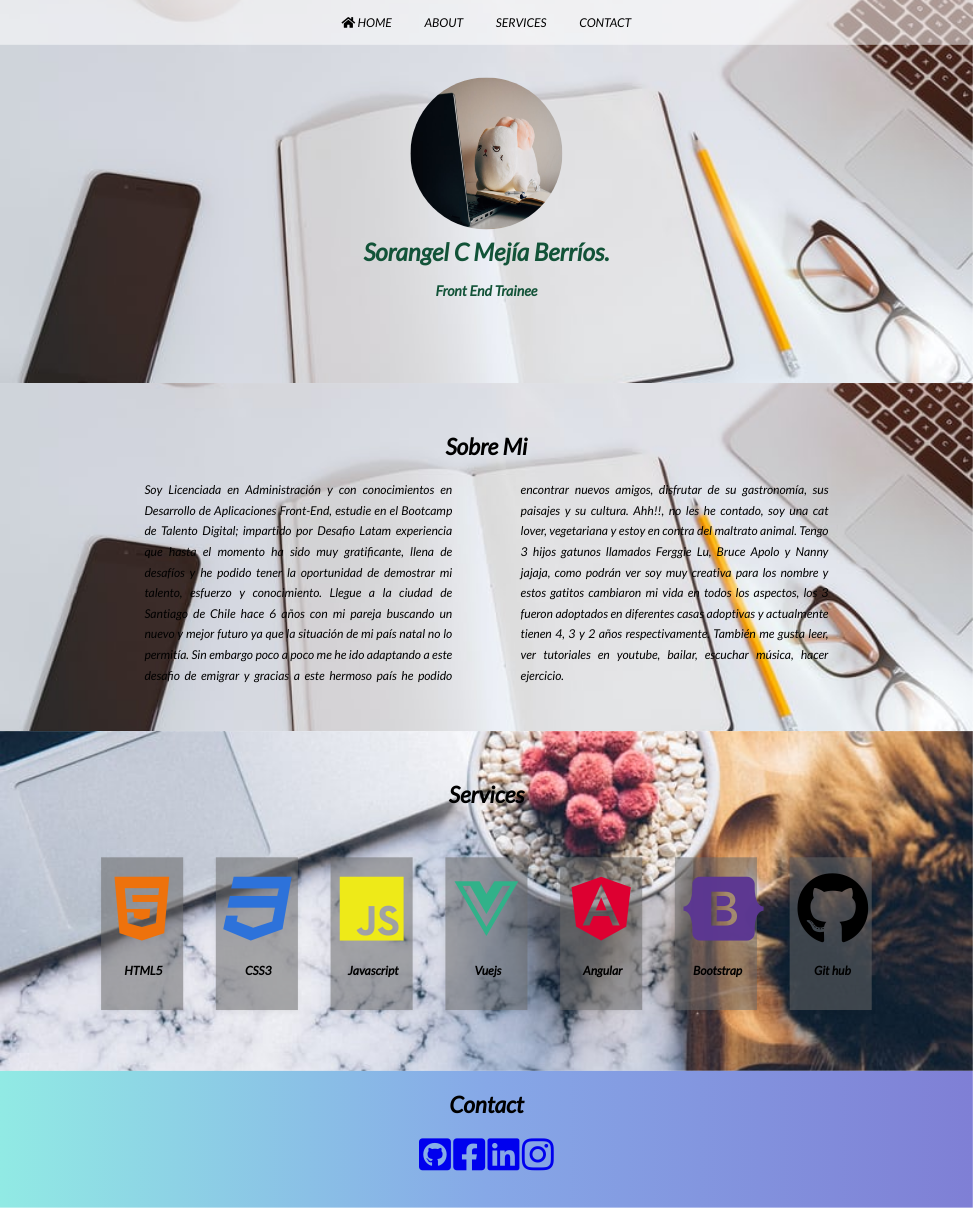
Repository: sory2311/portfolio-css
Page: index.html
An editor plug-in stored every save of this project. The page is shown before and after the next save, followed by the edit.
The browser window is 1280 px wide. The pictures show the whole page, at 76% of full size.
Backgrounds fixed to the window are drawn as part of the page. Some web libraries are served in a nearby version.

Above is the page before, as saved 2021-05-27 19:13:01.

### index.html
<!DOCTYPE html>
<html lang="en">
  <head>
    <meta charset="UTF-8" />
    <meta name="viewport" content="width=device-width, initial-scale=1.0" />
    <title>Document</title>
    <link
      rel="stylesheet"
      href="https://cdnjs.cloudflare.com/ajax/libs/font-awesome/5.14.0/css/all.min.css"
    />
    <link
      href="https://fonts.googleapis.com/css2?family=Lato:ital@1&display=swap"
      rel="stylesheet"
    />
    <link rel="stylesheet" href="./css/style.css" />
  </head>

  <body>
    <nav class="sidebar">
      <a href="#home" class="sidebar-item"><i class="fas fa-home"></i> Home</a>
      <a href="#about" class="sidebar-item">About</a>
      <a href="#services" class="sidebar-item">Services</a>
      <a href="#contact" class="sidebar-item">Contact</a>
      <a href="javscript:void(0)" class="close"><i class="fa fa-times"></i></a>
    </nav>
    <a href="javscript:void(0)" class="open"><i class="fa fa-bars"></i></a>

    <!--aqui comienza el home-->
    <header id="home">
      <img src="./img/avatar2.jpeg" alt="Mi foto" class="avatar" />
      <h1 class="header-name">Sorangel C Mejía Berríos.</h1>
      <h3 class="header-title">Front End Trainee</h3>
    </header>

    <!--aqui comienza el acerca de:-->
    <section id="about">
      <div class="container">
        <h1 class="section-title">Sobre Mi</h1>
        <p class="about-content">
          Soy Licenciada en Administración y con conocimientos en Desarrollo de Aplicaciones Front-End,
          estudie en el Bootcamp de Talento Digital; impartido por Desafio Latam
          experiencia que hasta el momento ha sido muy gratificante, llena de
          desafíos y he podido tener la oportunidad de demostrar mi
          talento, esfuerzo y conocimiento. Llegue a la ciudad de Santiago de Chile hace 6 años con mi pareja buscando un nuevo y mejor futuro
          ya que la situación de mi país natal no lo permitía. Sin embargo poco a poco me he ido adaptando a
          este desafio de emigrar y gracias a este hermoso país he podido encontrar nuevos amigos, disfrutar
          de su gastronomía, sus paisajes y su cultura.
          Ahh!!, no les he contado, soy una cat lover, vegetariana y estoy en contra del maltrato animal.
                    Tengo 3 hijos gatunos llamados Ferggie Lu, Bruce Apolo y Nanny jajaja, como podrán ver soy muy
                    creativa para los nombre y estos gatitos cambiaron mi vida en todos los aspectos, los 3
                    fueron
                    adoptados en diferentes casas adoptivas y actualmente tienen 4, 3 y 2 años respectivamente.
                    También me gusta leer, ver tutoriales en youtube, bailar, escuchar música, hacer
                    ejercicio.
        </p>
      </div>
    </section>
    <!--aqui comienza el servicios-->
    <section id="services">
      <div class="container">
        <h1 class="section-title">Services</h1>
        <div class="card">
          <i class="fab fa-html5 fa-6x icon-html5"></i>
          <div class="container">
            <h4 class="title">HTML5</h4>
          </div>
        </div>
        <div class="card">
          <i class="fab fa-css3 fa-6x icon-css3"></i>
          <div class="container">
            <h4 class="title">CSS3</h4>
          </div>
        </div>
        <div class="card">
          <i class="fab fa-js fa-6x icon-js"></i>
          <div class="container">
            <h4 class="title">Javascript</h4>

          </div>
        </div>
        <div class="card">
                <i class="fab fa-vuejs fa-6x icon-vuejs"></i>
                <div class="container">
                  <h4 class="title">Vuejs</h4>
                </div>
              </div>
              <div class="card">
                <i class="fab fa-angular fa-6x icon-angular"></i>
                <div class="container">
                  <h4 class="title">Angular</h4>

                </div>
              </div>
              <div class="card">
                    <i class="fab fa-bootstrap fa-6x icon-bootstrap"></i>
                    <div class="container">
                      <h4 class="title">Bootstrap</h4>

                    </div>
                  </div>
                  <div class="card">
                        <i class="fab fa-github fa-6x icon-github"></i>
                        <div class="container">
                          <h4 class="title">Git hub</h4>

                        </div>
                      </div>
      </div>
    </section>

    <!--aqui comienza el contacto-->
    <section id="contact">
      <div class="container">
        <h1 class="section-title">Contact</h1>
                  <div class="col-sm-6 footer">

                          <div class="icons-footer">
                              <a href="https://github.com/sory2311/" target='_blank'><i
                                      class="fab fa-github-square fa-3x"></i></a>
                              <a href="https://www.facebook.com/sory.mejiab/" target='_blank'><i
                                class="fab fa-facebook-square fa-3x"></i></a>
                              <a href="https://www.linkedin.com/in/sorangel-mejía-berrios-803b10107/" target='_blank'><i
                                class="fab fa-linkedin fa-3x"></i></a>
                              <a href="https://www.instagram.com/ferbrunny.2102/" target='_blank'><i
                                class="fab fa-instagram fa-3x"></i></a>
                          </div>
                      </div>



      </div>
    </section>

    <script src="./js/main.js"></script>
  </body>
</html>

### css/style.css
body {
   margin: 0;
   font-family: 'Lato';
}
/* aqui comienza el SIDEBAR*/

.sidebar {
    background-color: #ffffff88;
    overflow: hidden;
    position: fixed;
    text-align: center;
    top: 0;
    width: 100%;
    z-index: 3;
}

.sidebar .sidebar-item {
    color: black;
    font-size: 1em;
    padding: 20px;
    margin: 0 auto;
    text-decoration: none;
    text-transform: uppercase;
    display: inline-block;
}

.sidebar .sidebar-item:hover {
    background-color: #cccccc;

}

.sidebar .close {
    color: black;
    display: none;
    font-size: 1em;
    padding: 10px;
    position: absolute;
    top: 0;
    right: 30px;

}
.sidebar .close:hover {
    color: #3e34cc;
}

.open {
    color: #3e34cc;
    display: none;
    font-size: 1em;
    position: absolute;
    right: 12%;
    padding: 10px;
    top: 0;
    z-index: 2;
}
/* aqui TERMINA el SIDEBAR*/

/* aqui COMIENZA el HOME*/

#home {
    width: 100%;
    height: 70vh;
    display: flex;
    flex-direction: column;
    justify-content: center;
    align-items: center;
    background-attachment: fixed;
    background-image: url(../img/fondo/fondo4.jpeg);
    background-position: center center;
    background-size: cover;
}

#home .avatar {
    border-radius: 100px;
    width:200px;
    height:200px;



}
#home .header-name, #home .header-title{
text-align: center;
margin: 10px;
color: rgb(18, 83, 56);
}

/* aqui Termina el HOME*/


/* ---------  aqui COMIENZA el ABOUT*/

#about {
    width: 100%;
    height: auto;
    text-align: center;
    background-attachment: fixed;
    background-image: url(../img/fondo/fondo4.jpeg);
    background-position: center center;
    background-size: cover;

}

#about .container {
    width: 100%;
    max-width: 1200px;
    margin: 0 auto;
    padding-top: 40px;
    padding-bottom: 40px;
}

#about .container .about-content{
    text-align: justify;
    column-count: 2;
    column-gap: 10%;
    margin: 20px auto;
    line-height: 1.7em;
    width: 75%;
}
/* ------------  aqui Termina el ABOUT    */


 /* LA SESION TITLE SE REFERIERE A TODOS NUESTROS H1*/
 .section-title {
     font-size: 30px;
     color: black;
     text-align: center;
 }
 /* LA SESION TITLE SE REFERIERE A TODOS NUESTROS H1*/


/* ------------  aqui COMIENZA el SERVICES   */

 #services {
     width: 100%;
     background-attachment: scroll;
     background-position: center center;
     background-size: cover;
     background-image: url(../img/fondo/fondo7.jpeg);
 }

 #services .container{
    width: 100%;
    max-width: 1200px;
    margin: 0 auto;
    text-align: center;
    padding-top: 40px;
    padding-bottom: 40px;
 }

 #services .container .card{
     background-color: #66666688;
     box-shadow: 0 4px 8px 0 #00000011;
     display: inline-block;
     margin: 40px 20px;
     padding: 20px 10px;
     width: 88px;
     text-align: center;
 }

 #services .container .card .container{
     padding: 2px;
     text-align: center;
 }

 #services .container .card .container h4,
 #services .container .card .container p {
    text-align: center;
    display: block;
 }

 #services .container .card .icon-html5 {
color: rgb(238, 114, 12)
 }

 #services .container .card .icon-css3 {
     color: rgb(45, 114, 218)
}
#services .container .card .icon-js {
    color: rgb(238, 234, 24)
}

#services .container .card .icon-vuejs {
    color: #31b189;
}

#services .container .card .icon-bootstrap {
    color: #5b3791fb;
}
#services .container .card .icon-angular {
    color: #DD0031;
}

/* ------------  aqui COMIENZA el CONTACTOS   */
#contact {
    width: 100%;
    height: 25vh;
    text-align: center;
    background-attachment: fixed;
    background: #7F7FD5;  /* fallback for old browsers */
    background: -webkit-linear-gradient(to right, #91EAE4, #86A8E7, #7F7FD5);  /* Chrome 10-25, Safari 5.1-6 */
    background: linear-gradient(to right, #91EAE4, #86A8E7, #7F7FD5); /* W3C, IE 10+/ Edge, Firefox 16+, Chrome 26+, Opera 12+, Safari 7+ */
    display: flex;
    flex-direction: column;



    /*background-image: url(../img/fondo/fondo3.jpeg);
    background-position: center center;
    background-size: cover;*/
}






/*PARA TRABAJAR CON MEDIA QUERIES*/

@media only screen and (min-width: 375px) and (max-width: 410px) {
    #home .avatar {
        width: 50%;
    }

    #about .container .about-content {
        text-align: justify;
        column-count: 1;
        margin: 20px auto;
        line-height: 1.7em;
        width: 75%;
    }

}

@media only screen and (min-width: 411px) and (max-width: 767px) {
    .sidebar {
        background-color: #3e34cc;
        height: 100%;
        padding-top: 40px;
        position: fixed;
        overflow-x: hidden;
        text-align: center;
        top: 0;
        transition: .5s;
        width: 0;
        z-index: 3;
    }

    .sidebar .sidebar-item {
        padding: 10px 0;
        margin: 0 auto;
        text-decoration: none;
        color: #fff;
        font-size: .8em;
        text-transform: uppercase;
        display: block;
        transition: .5s;
    }

    .sidebar .close {
        display: block;
        z-index: 3;
    }

    .open {
        display: block;
        font-size: 1em;
        z-index: 2;
    }

    #home .avatar {
        width: 75%;
    }

    #about .container .about-content {
        text-align: justify;
        column-count: 1;
        margin: 20px auto;
        line-height: 1.7em;
        width: 75%;
    }



}

@media only screen and (min-width: 768px) and (max-width: 1024px) {

    .sidebar {
        background-color: #3e34cc;
        height: 100%;
        padding-top: 40px;
        position: fixed;
        overflow-x: hidden;
        text-align: center;
        top: 0;
        transition: .5s;
        width: 0;
        z-index: 3;
    }

    .sidebar .sidebar-item {
        padding: 10px 0;
        margin: 0 auto;
        text-decoration: none;
        color: #fff;
        font-size: .8em;
        text-transform: uppercase;
        display: block;
        transition: .5s;
    }

    .sidebar .close {
        display: block;
        z-index: 3;
    }

    .open {
        position: fixed;
        display: block;
        font-size: 1em;
        z-index: 2;
    }

    #home .avatar {
        width: 300px;
    }
}

Loaded but not shown: js/main.js (no copy from this time; the picture is the same without it)

After the next save:
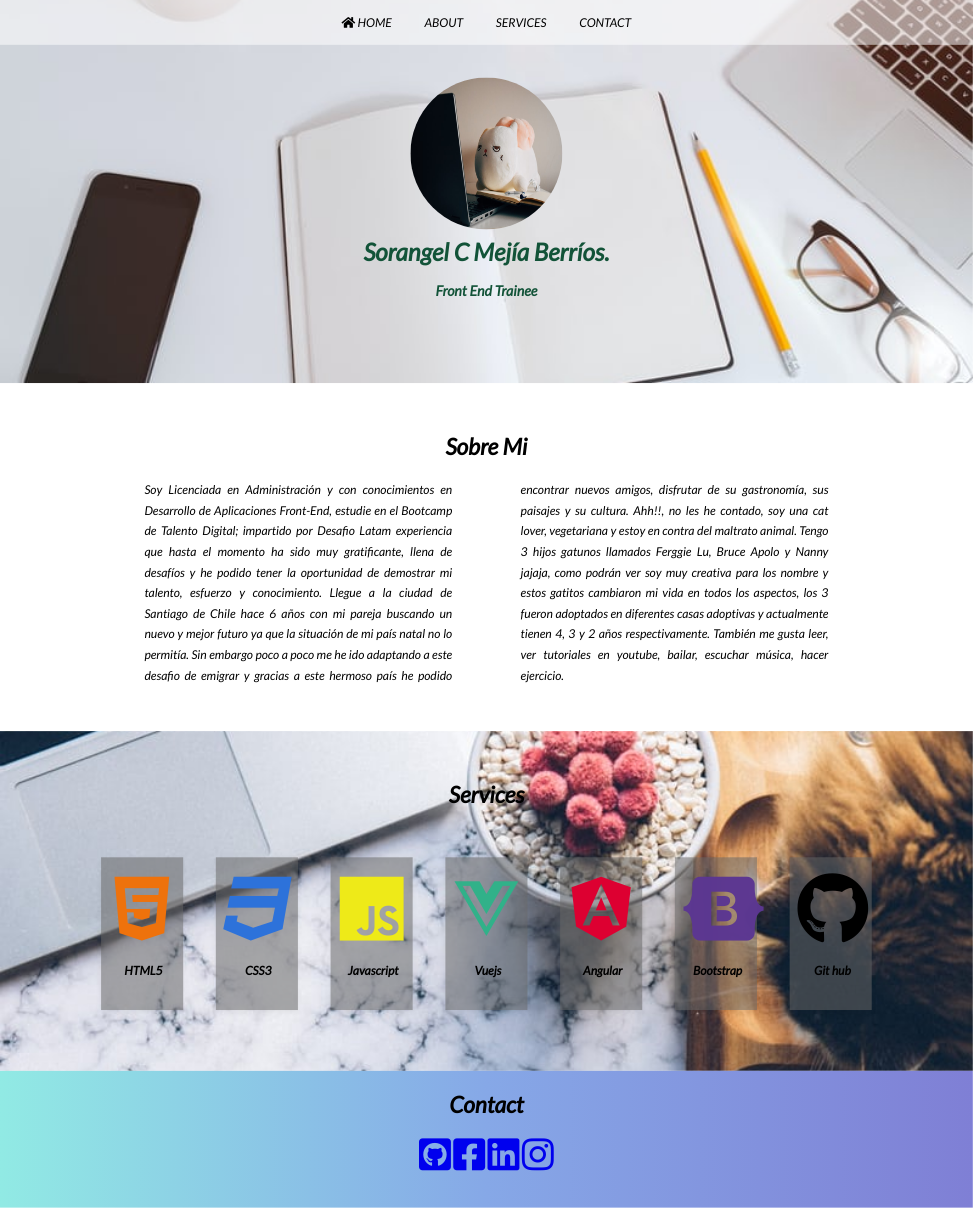
Saved 50 s later.
--- a/css/style.css
+++ b/css/style.css
@@ -89,16 +89,7 @@
 
 /* ---------  aqui COMIENZA el ABOUT*/
 
-#about {
-    width: 100%;
-    height: auto;
-    text-align: center;
-    background-attachment: fixed;
-    background-image: url(../img/fondo/fondo4.jpeg);
-    background-position: center center;
-    background-size: cover;
-
-}
+
 
 #about .container {
     width: 100%;
